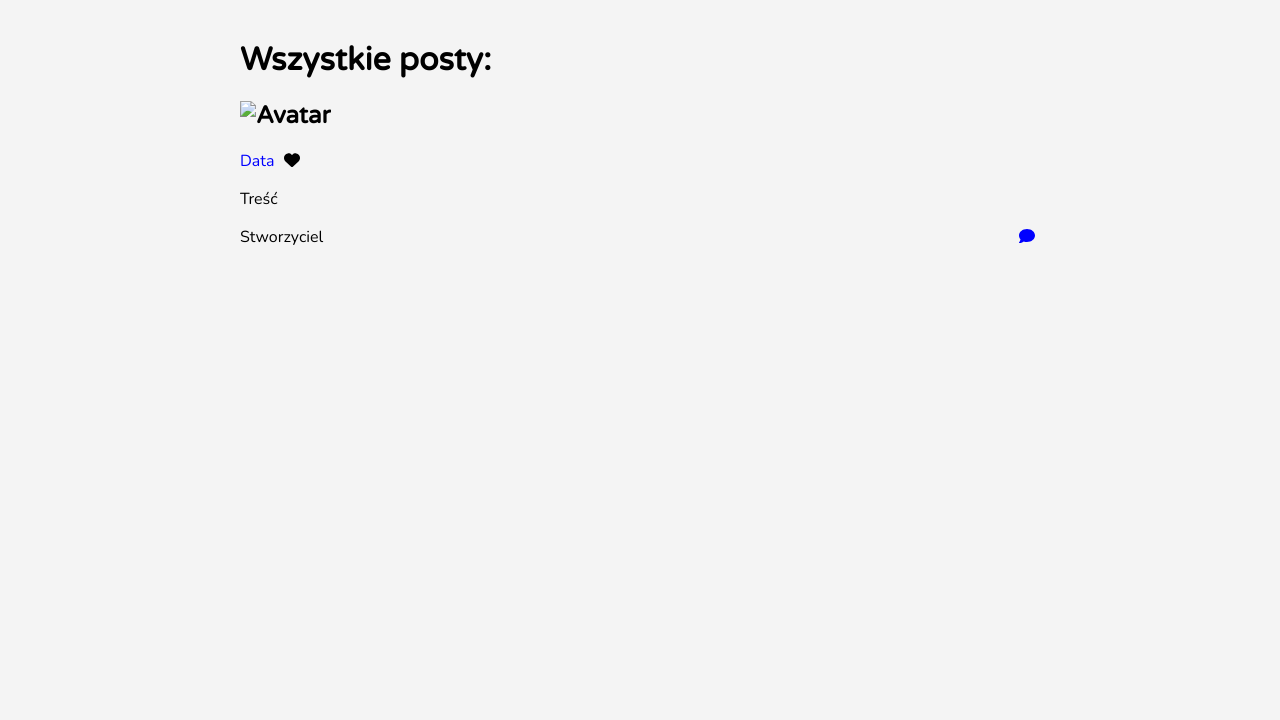
Repository: noisevisionproductions/PlayMeetWebsite
Page: src/main/resources/templates/posts.html
An editor plug-in stored every save of this project. The page is shown before and after the next save, followed by the edit.
The browser window is 1280 px wide. The pictures show the whole page.
The page's requests for data from a server got no answer. Some web libraries are served in a nearby version.

Above is the page before, as saved 2024-03-24 21:53:25.
Not found: src/main/resources/templates/assets/post/sample_avatar.png

After the next save:
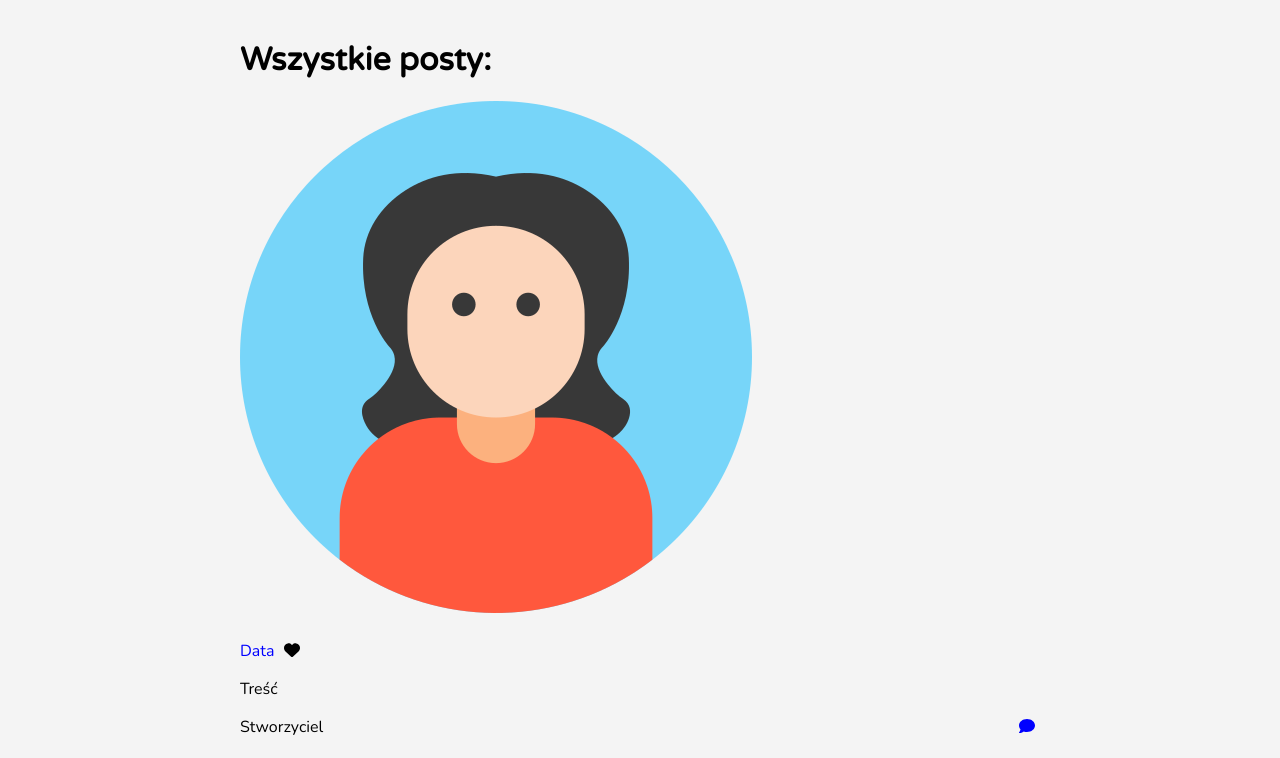
Saved 20 min 40 s later.
--- a/src/main/resources/static/js/posts.js
+++ b/src/main/resources/static/js/posts.js
@@ -12,25 +12,45 @@ document.addEventListener('DOMContentLoaded', function () {
             const postsContainer = document.getElementById('posts-container');
             posts.forEach(element => {
                 const postElement = document.createElement('div');
+                postElement.className = 'post';
+
+                // Creating user avatar
                 const userAvatar = document.createElement('img');
-                avatarImage.src = 'images/avatar.jpg';
-                avatarImage.alt = 'Avatar';
-                postElement.className = 'post';
-                postElement.innerHTML =
-                    `
-                <div class="post-header">
-                    <h2 class="post-title">${userAvatar}</h2>
-                    <span class="post-date">${element.dateTime}</span>
-                    <span class="post-like"><i class="fas fa-heart"></i></span>
-                </div>
-                <div class="post-content">
-                    <p>${element.skillLevel}</p>
-                </div>
-                <div class="post-footer">
-                    <span class="post-author">${element.peopleStatus}</span>
-                    <span class="post-comments"><i class="fas fa-comment"></i> ${element.cityName} komentarze</span>
-                </div>
-            `;
+                userAvatar.src = 'assets/post/sample_avatar.png';
+                userAvatar.alt = 'Avatar użytkownika';
+                userAvatar.className = 'post-avatar';
+
+                // Creating header
+                const postHeader = document.createElement('div');
+                postHeader.className = 'post-header';
+
+                const postTitle = document.createElement('h2');
+                postTitle.className = 'postTitle';
+                postTitle.textContent = 'Tytuł postu';
+
+                // Adding elements to the header
+                postHeader.appendChild(userAvatar);
+                postHeader.appendChild(postTitle);
+
+                // Adding everything to the post
+                postElement.appendChild(postHeader);
+
+                //postElement.className = 'post';
+                //     postElement.innerHTML =
+                //         `
+                //     <div class="post-header">
+                //         <h2 class="post-title">${userAvatar}</h2>
+                //         <span class="post-date">${element.dateTime}</span>
+                //         <span class="post-like"><i class="fas fa-heart"></i></span>
+                //     </div>
+                //     <div class="post-content">
+                //         <p>${element.skillLevel}</p>
+                //     </div>
+                //     <div class="post-footer">
+                //         <span class="post-author">${element.peopleStatus}</span>
+                //         <span class="post-comments"><i class="fas fa-comment"></i> ${element.cityName} komentarze</span>
+                //     </div>
+                // `;
                 postsContainer.appendChild(postElement);
             });
         })
